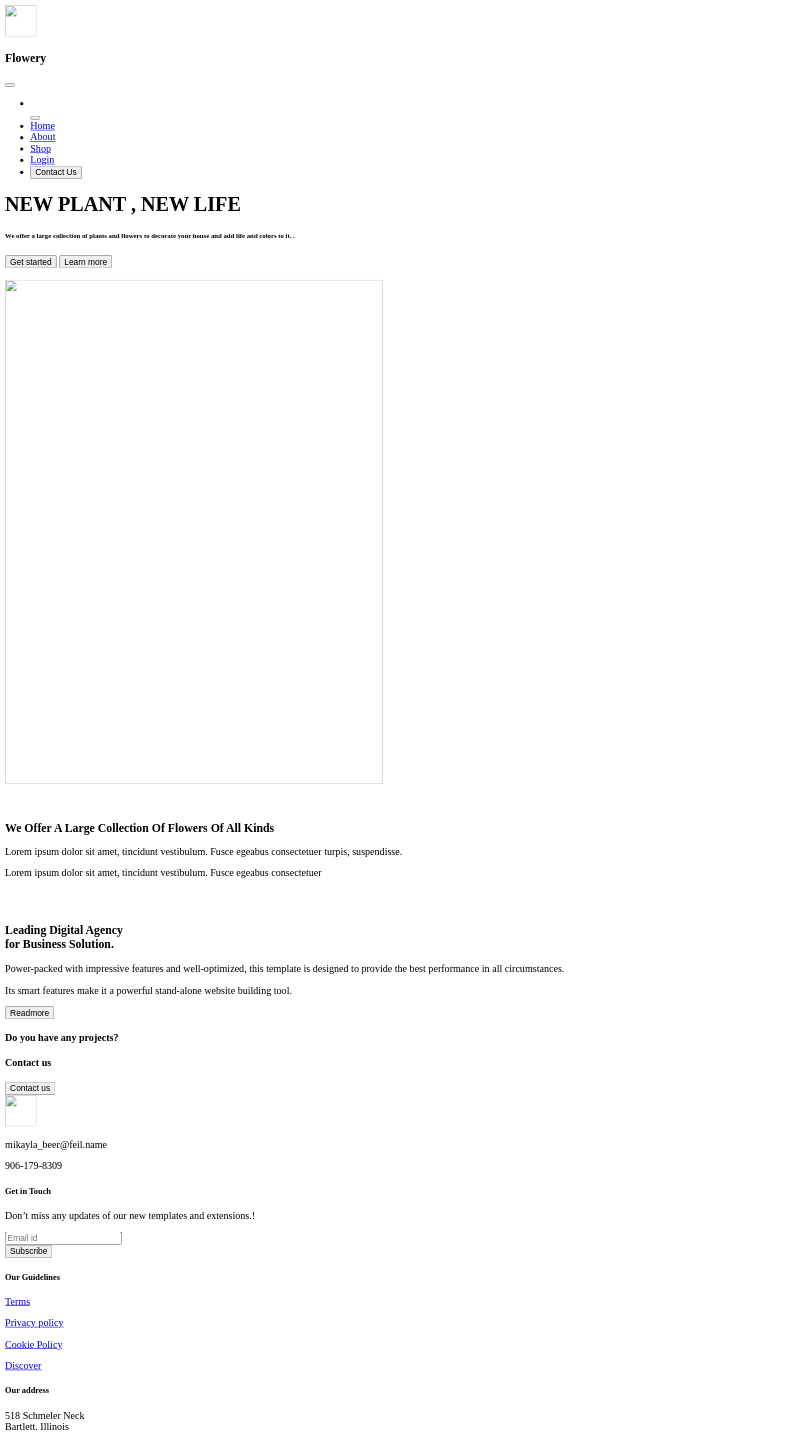
Repository: sara55m/Login
Page: http://localhost/welcome
An editor plug-in stored every save of this project. The page is shown before and after the next save, followed by the edit.
The browser window is 1280 px wide. The pictures show the whole page, at 63% of full size.
The page is served by the project's Laravel application, run on PHP 8.4 with Laravel 10.

Above is the page before, as saved 2024-03-04 00:13:44.

After the next save:
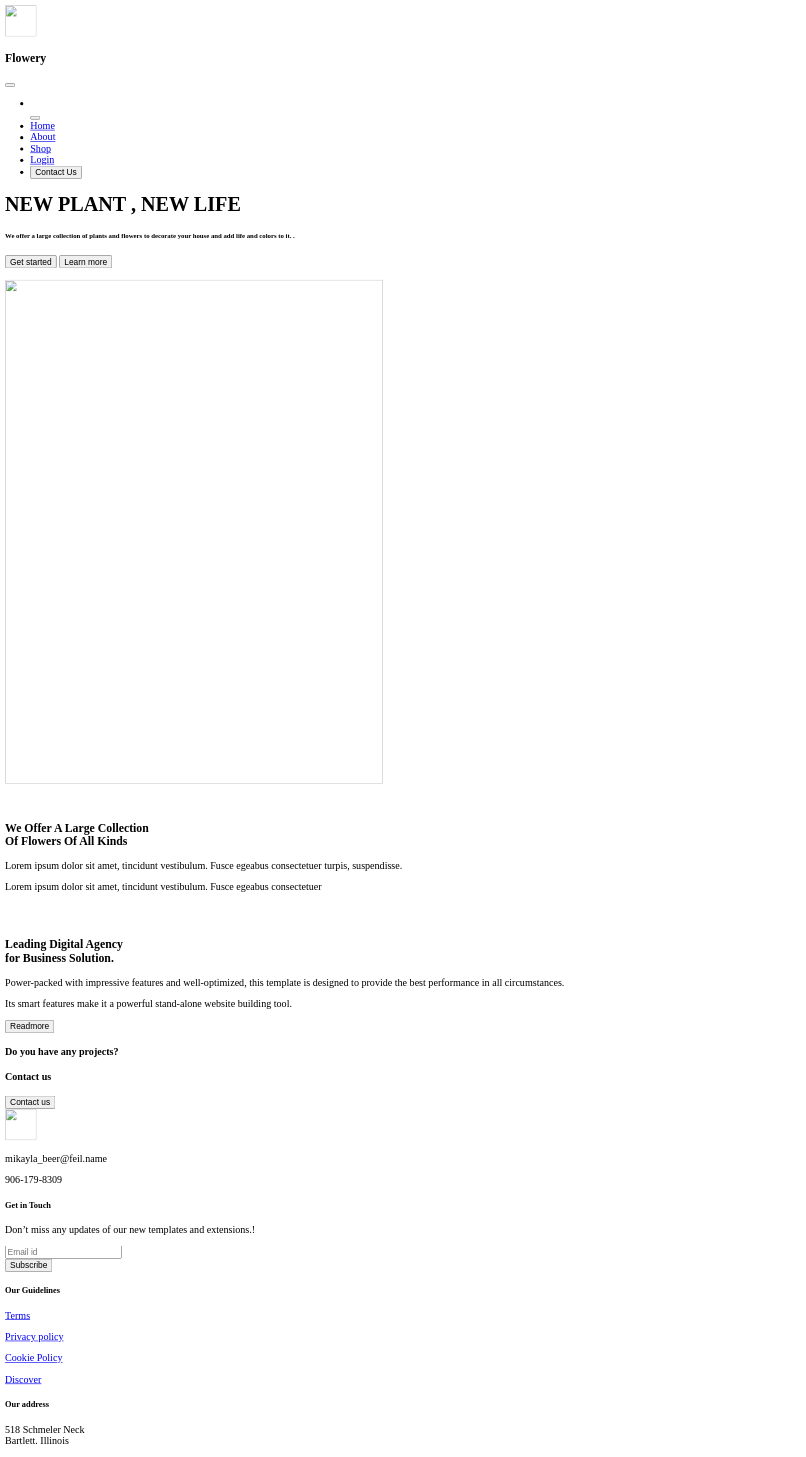
Saved 22 s later.
--- a/resources/views/welcome.blade.php
+++ b/resources/views/welcome.blade.php
@@ -75,7 +75,7 @@
   <section class="digital-marketing-service" id="digital-marketing-section">
     <div class="row align-items-center">
       <div class="col-12 col-lg-7 grid-margin grid-margin-lg-0" data-aos="fade-right">
-        <h3 class="m-0">We Offer A Large Collection Of Flowers Of All Kinds <br></h3>
+        <h3 class="m-0">We Offer A Large Collection  <br>Of Flowers Of All Kinds</h3>
         <div class="col-lg-7 col-xl-6 p-0">
           <p class="py-4 m-0 text-muted">Lorem ipsum dolor sit amet, tincidunt vestibulum. Fusce egeabus consectetuer turpis, suspendisse.</p>
           <p class="font-weight-medium text-muted">Lorem ipsum dolor sit amet, tincidunt vestibulum. Fusce egeabus consectetuer</p>
